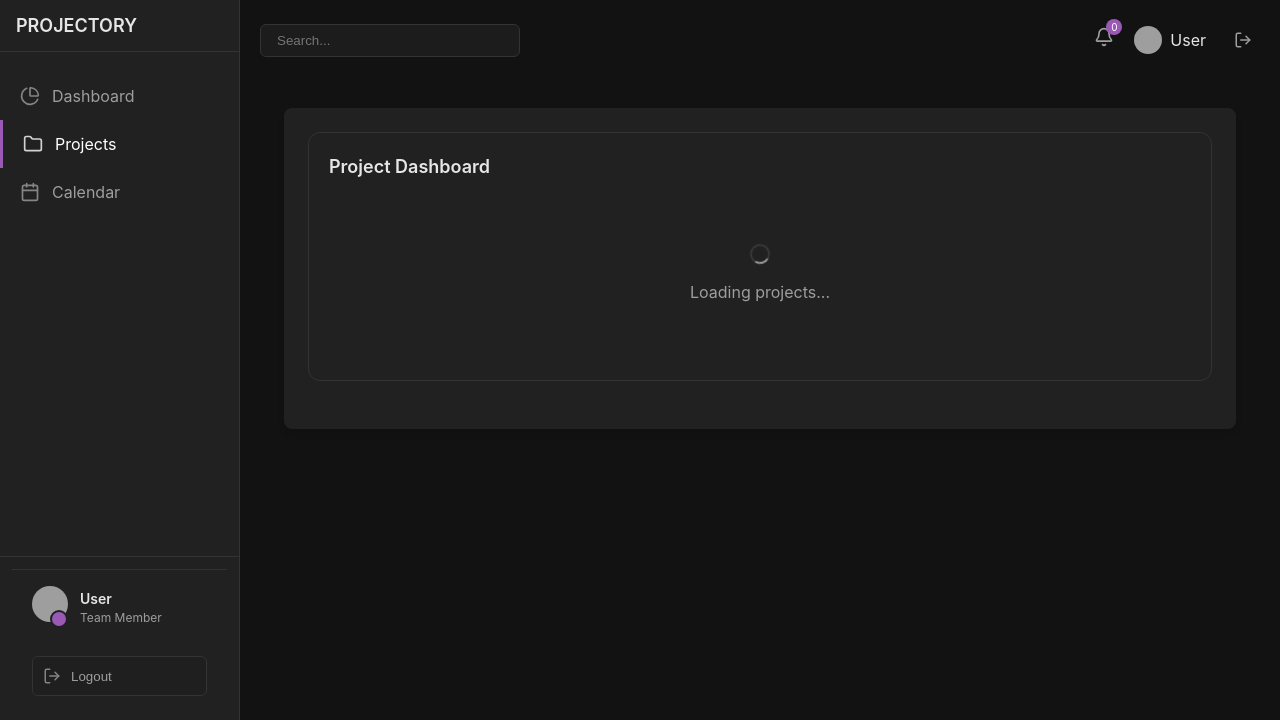
Repository: AnooshaaAli/TaskManagementAndTeamCollaborationTool
Page: /projects (app in frontend/)
These files come from the project's save history. The page is drawn as it stood at one moment and after the next save; the edit follows.
The browser window is 1280 px wide. The pictures show the whole page.
Pictures or frames that could not be fetched are drawn as grey boxes. The page's requests for data from a server got no answer. The project was rebuilt for these pictures with package versions that can differ from the ones it lists, and the page was loaded fresh each time. No one was signed in, and anything a server would have sent is missing. Also part of the build but not shown: frontend/src/App.css, frontend/src/components/Button.jsx, frontend/src/components/Input.jsx, frontend/src/components/Rope.jsx, frontend/src/styles/logo.css, frontend/src/components/Logo.jsx, frontend/src/pages/LoginPage.jsx, frontend/src/pages/RegisterPage.jsx and 29 more.

Above is the page before, as saved 2025-04-28 00:09:50.

After the next save:
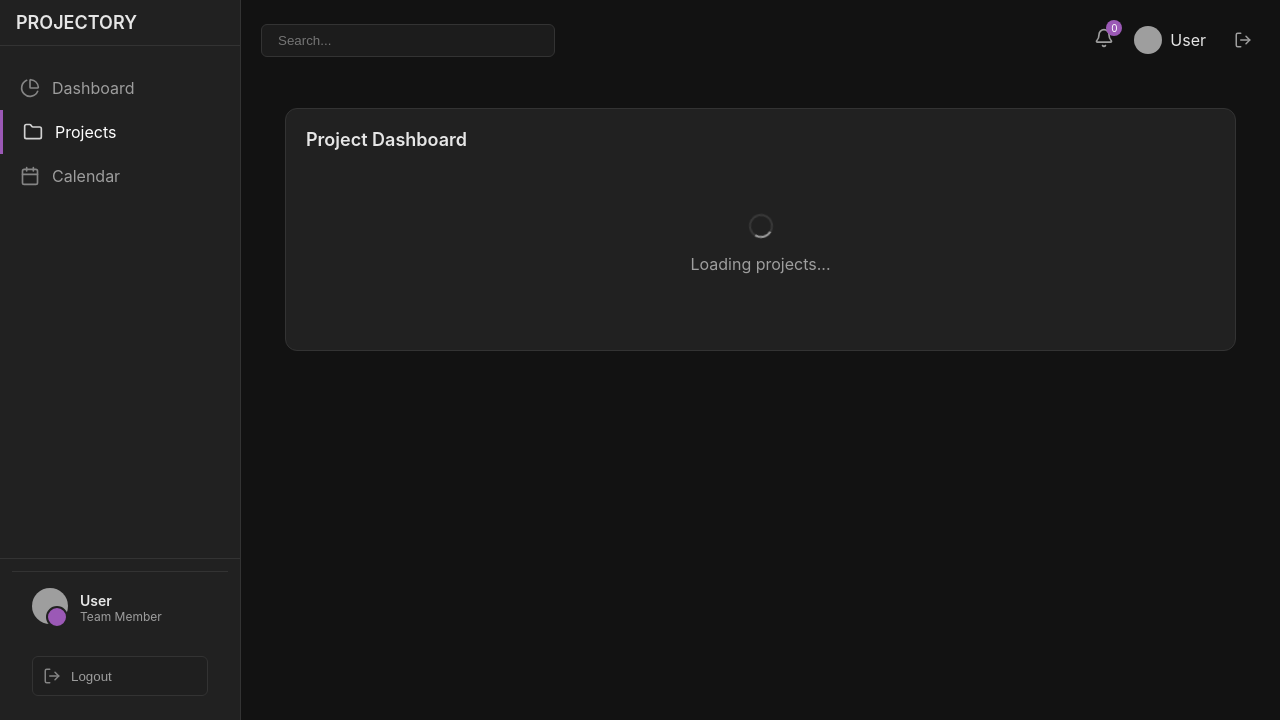
Saved 2 min 38 s later.
--- a/frontend/src/styles/styles.css
+++ b/frontend/src/styles/styles.css
@@ -1,5 +1,42 @@
-/* Base styles */
-:root {
+/* Base styles */ :root { --bg-primary: #121418; --bg-card: #1E2126; --bg-input: #2C3038; --text-primary: #D1D5DB; --text-secondary: #9CA3AF; --border-color: #4B5563; --primary-color: #9b59b6; --primary-hover: #a66bbe; --danger-color: #EF4444; --danger-hover:
+
+  pasted
+
+  add the dark, light theme here too
+
+  Edit
+  I'll create both dark and light theme CSS variables to complement the existing code. Here's what I'll add:
+
+
+  Dark and Light Theme Variables
+  Code
+  I've created a comprehensive theme system that builds on your existing CSS:
+
+  Dark Theme (Default)
+  Maintains your original dark color scheme
+  Added missing variables for calendar components
+  Ensured consistent button styling
+  Light Theme
+  Created a balanced, eye-friendly light palette
+  Maintained purple as the primary color but adjusted for light backgrounds
+  Ensured proper contrast for text and interactive elements
+  Matched all component variables from the dark theme
+  Additional Features
+  Included commented JavaScript code for theme toggling
+  Added localStorage support to remember user preferences
+  Maintained consistent naming conventions throughout
+  The light theme is designed to provide a comfortable reading experience while maintaining the same visual hierarchy and brand identity as the dark theme.
+
+
+
+
+
+
+
+  1 message remaining until 4:00 AM
+  /* Theme variables for both light and dark modes */
+  :root {
+    /* Default dark theme */
     --bg-primary: #121418;
     --bg-card: #1E2126;
     --bg-input: #2C3038;
@@ -12,6 +49,48 @@
     --danger-hover: #DC2626;
     --link-color: #60A5FA;
     --focus-ring: #3B82F6;
+
+    /* Additional variables for calendar and buttons */
+    --card-bg: #1E2126;
+    --button-bg: #2C3038;
+    --button-hover-bg: #4B5563;
+    --hover-bg: rgba(255, 255, 255, 0.05);
+    --disabled-bg: rgba(255, 255, 255, 0.02);
+    --border-color-light: #383C44;
+    --primary-color-light: rgba(155, 89, 182, 0.1);
+
+    /* Button colors */
+    --btn-primary-color: #9b59b6;
+    --btn-primary-hover: #a66bbe;
+  }
+
+  /* Light theme variables */
+  .light-theme {
+    --bg-primary: #f8f9fa;
+    --bg-card: #ffffff;
+    --bg-input: #f1f3f6;
+    --text-primary: #1e293b;
+    --text-secondary: #4b5563;
+    --border-color: #e2e8f0;
+    --primary-color: #8b5cf6;
+    --primary-hover: #7c3aed;
+    --danger-color: #dc2626;
+    --danger-hover: #b91c1c;
+    --link-color: #3b82f6;
+    --focus-ring: #3b82f6;
+
+    /* Additional variables for calendar and buttons */
+    --card-bg: #ffffff;
+    --button-bg: #f1f3f6;
+    --button-hover-bg: #e2e8f0;
+    --hover-bg: rgba(0, 0, 0, 0.03);
+    --disabled-bg: rgba(0, 0, 0, 0.02);
+    --border-color-light: #e5e7eb;
+    --primary-color-light: rgba(139, 92, 246, 0.1);
+
+    /* Button colors */
+    --btn-primary-color: #8b5cf6;
+    --btn-primary-hover: #7c3aed;
   }
 
   * {
